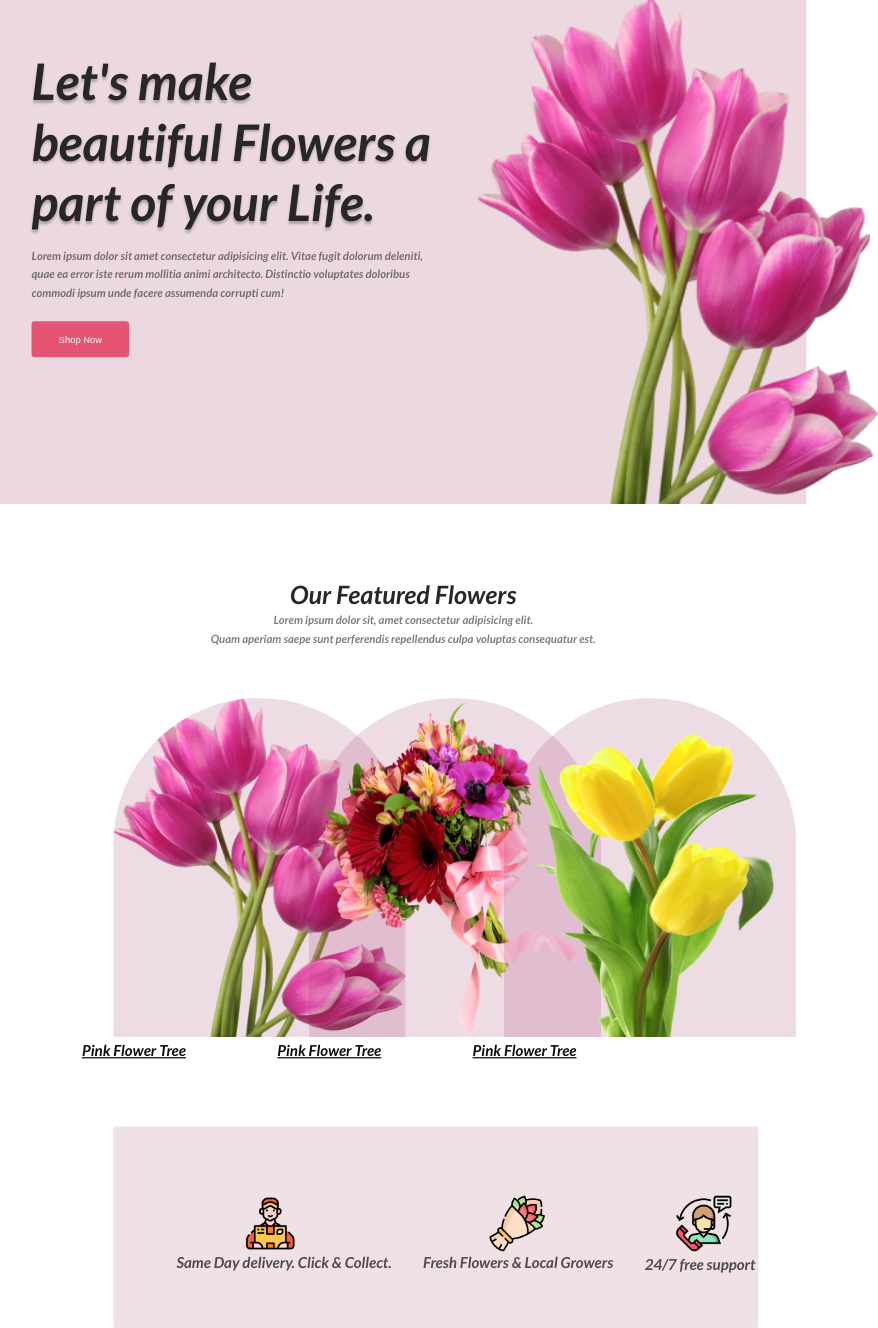
Repository: AnitaAkter/anita-flower-shop
Page: index.html
An editor plug-in stored every save of this project. The page is shown before and after the next save, followed by the edit.
The browser window is 1280 px wide. The page is 1393 px wide, so the pictures cover 1393 px, including what lies to the right of the window. The pictures show the whole page, at 63% of full size.

Above is the page before, as saved 2023-09-05 22:23:34.

After the next save:
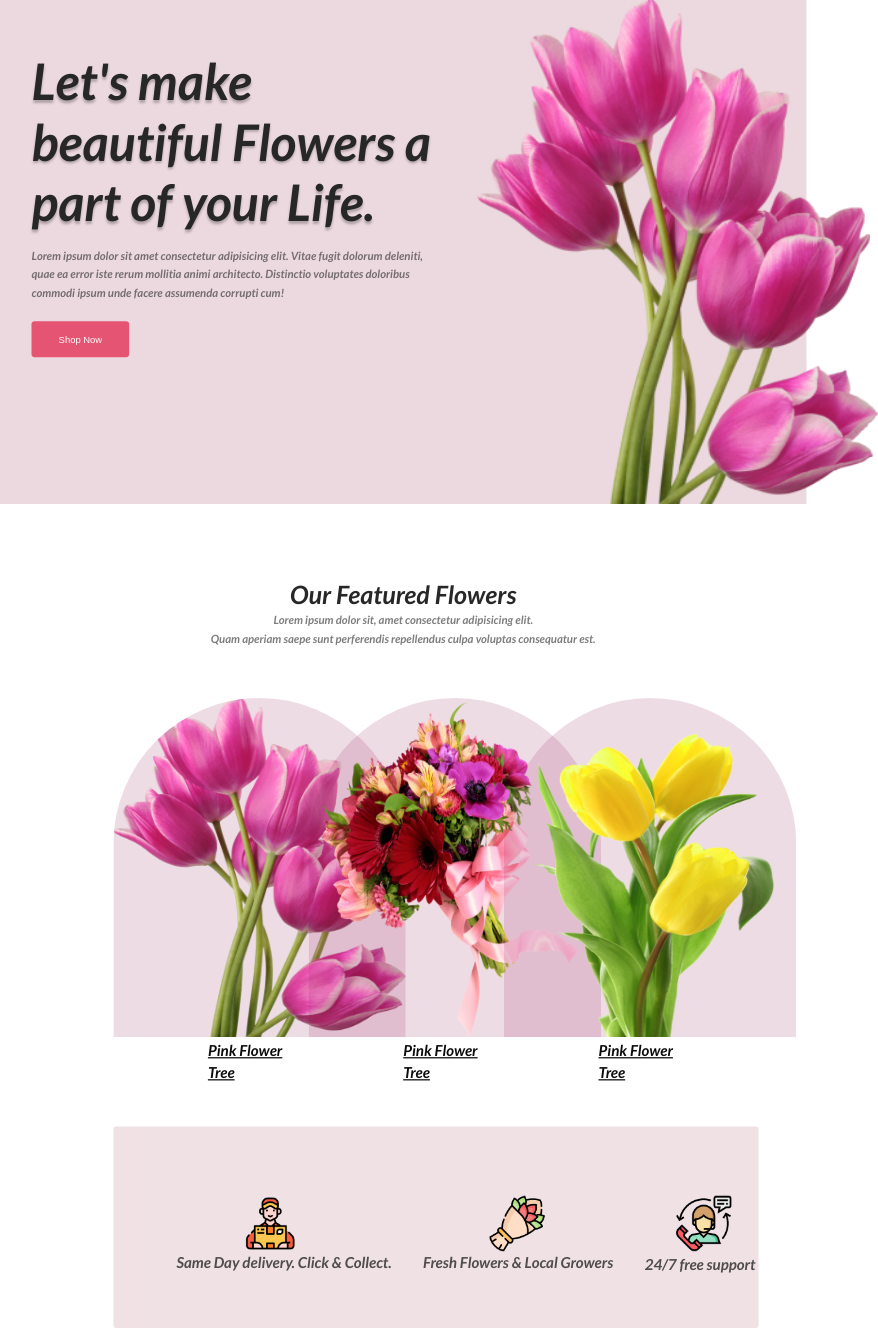
Saved 21 s later.
--- a/style.css
+++ b/style.css
@@ -155,7 +155,7 @@ header {
     font-style: normal;
     font-weight: 600;
     line-height: 35px;
-    margin-left: -50px;
+    margin-left: 150px;
 }
 
 .flowers {
